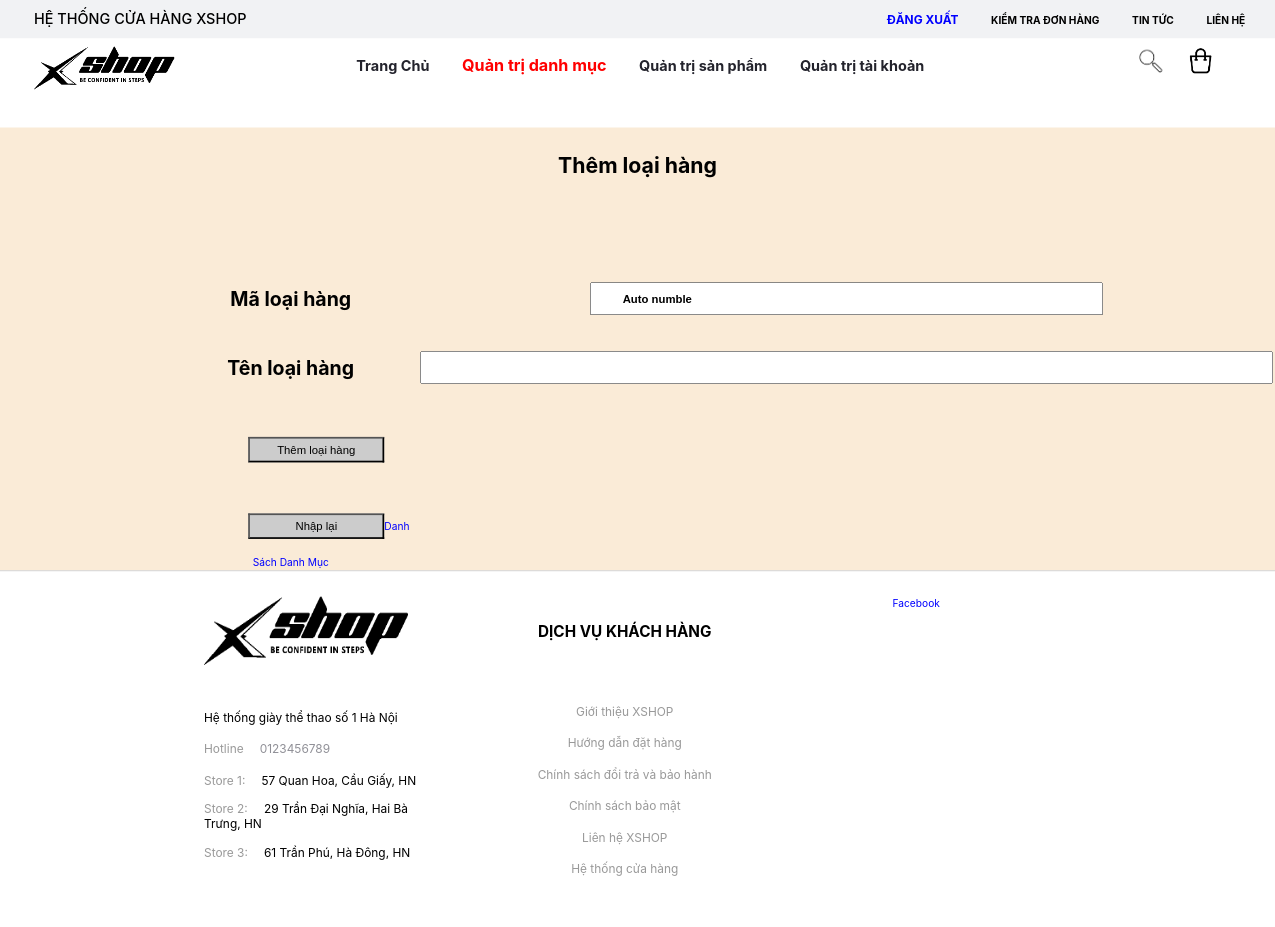
Repository: tienaq123/dam
Page: http://localhost/ass/ad/themdanhmuc.php
These files come from the project's save history. The page is drawn as it stood at one moment and after the next save; the edit follows.
The browser window is 1280 px wide. The page is 1500 px wide, so the pictures cover 1500 px, including what lies to the right of the window. The pictures show the whole page, at 85% of full size.
The page is run by PHP 8.4 with error messages shown; the project is at /var/www/html/.

Above is the page before, as saved 2021-10-21 03:44:41.

### ad/themdanhmuc.php
<!DOCTYPE html>
<html lang="en">

<head>
    <meta charset="UTF-8">
    <meta http-equiv="X-UA-Compatible" content="IE=edge">
    <meta name="viewport" content="width=device-width, initial-scale=1.0">
    <title>Document</title>
    <link rel="stylesheet" href="../css/themdm.css">
</head>
<style>
    .main {
        margin-left: 200px;
    }
</style>

<body>


    <div id="wapper">

        <div id="topbar">
            <a href="#">
                <h2> HỆ THỐNG CỬA HÀNG XSHOP</h2>
            </a>
            <ul>
                <li><a class="active" style="color:blue; font-size: 14px;" href="../logout.php">ĐĂNG XUẤT</a></li>
                <li><a href="product.php">KIỂM TRA ĐƠN HÀNG</a></li>
                <li><a href="product.php">TIN TỨC</a></li>
                <li><a href="product.php">LIÊN HỆ</a></li>
            </ul>
        </div>
        <header id="header">
            <div id="logo">
                <a href="http://localhost/ass/"> <img src="../img/logo.png" alt="Logo"></a>
            </div>
            <div class="menu">
                <ul>
                    <li><a href="../home.php">Trang Chủ</a></li>
                    <li><a href="quantridanhmuc.php" style="color: red; font-size: 19px;">Quản trị danh mục</a></li>
                    <li><a href="quantrisanpham.php">Quản trị sản phẩm</a></li>
                    <li><a href="quantritaikhoan.php">Quản trị tài khoản</a></li>
                    <div id="nav">
                        <a href="product.php"> <img src="../img/search.png" alt=""></a>
                        <a href="product.php"><img src="../img/giohang.png" alt=""></a>
                    </div>
                </ul>

            </div>

        </header>

        <!-- END HEADER -->

        <main>
            <h2 style="font-size: 25px; padding-top: 30px; margin-left: 0px; margin-bottom: 100px;">Thêm loại hàng</h2>
            <form action="" method="POST">
                <table class="main">
                    <tr>
                        <td>
                            <Span style="font-size: 23px; font-weight:bold;">Mã loại hàng </Span>
                        </td>
                        <td>
                            <input style="margin: 20px 0px 20px 10px;  width: 600px; height: 35px; font-weight:bold;" type="text" name="tendanhmuc" value="          Auto numble"> <br>
                        </td>
                    </tr>
                    </tr>
                    <tr>
                        <td>
                            <Span style="font-size: 23px; font-weight:bold;">Tên loại hàng </Span>
                        </td>
                        <td>
                            <input style="margin: 20px 0px 20px 10px;  width: 1000px; height: 35px; font-weight:bold;" type="text" name="tendanhmuc"> <br>
                        </td>
                    </tr>

                    <tr>
                        <td><input style="background-color: #ccc; width: 160px; height: 30px; margin:40px 0px 20px 90px; float: left;" type="submit" value="Thêm loại hàng" name="btn"><input style="background-color: #ccc; width: 160px; height: 30px; margin:40px 0px 20px 90px;" type="reset" value="Nhập lại" name="btn"><a href="quantridanhmuc.php">Danh Sách Danh Mục</a></td>


                    </tr>
                </table>
                <!-- <input style="margin: 20px 0px 20px 10px; " type="text" name="tendanhmuc"> <br>
                <input style="background-color: #ccc; width: 160px; height: 30px; margin:0px 0px 20px 90px;" type="submit" value="Thêm danh mục" name="btn"> -->
            </form>
            <?php
            include '../db.php';
            if (isset($_POST['btn'])) {
                $tendanhmuc = $_POST['tendanhmuc'];
                $sql = "insert into danhmuc values(null, '$tendanhmuc')";
                $kq = $conn->exec($sql);
                if ($kq == 1)
                    // echo "Thêm thành công danh mục!";
                    header("location:quantridanhmuc.php");
                else
                    echo "Không thêm được";
            }
            ?>
        </main>

        <!-- END MAIN -->

        <footer id="footer">
            <div id="logo_footer">
                <a href="#"><img src="../img/logo.png" alt=""></a>
                <p>Hệ thống giày thể thao số 1 Hà Nội</p>
                <p class="hotline"><span>Hotline</span> <a href="#">0123456789</a></p>
                <p><span>Store 1:</span> 57 Quan Hoa, Cầu Giấy, HN <br> <br> <span>Store 2:</span> 29 Trần Đại Nghĩa,
                    Hai Bà Trưng, HN <br> <br><span>Store 3:</span> 61
                    Trần Phú, Hà Đông, HN <br> <br> </p>
            </div>
            <div id="dichvu">
                <h2>DỊCH VỤ KHÁCH HÀNG</h2>
                <p><a href="#">Giới thiệu XSHOP</a> <br> </p>
                <p><a href="#">Hướng dẫn đặt hàng</a> <br> </p>
                <p><a href="#">Chính sách đổi trả và bảo hành</a> <br> </p>
                <p><a href="#">Chính sách bảo mật</a> <br> </p>
                <p><a href="#">Liên hệ XSHOP</a> <br> </p>
                <p><a href="#">Hệ thống cửa hàng</a></p>
            </div>

            <div id="facebook">
                <div id="fb-root"></div>
                <script async defer crossorigin="anonymous" src="https://connect.facebook.net/vi_VN/sdk.js#xfbml=1&version=v10.0&appId=256623368880552&autoLogAppEvents=1" nonce="aj8H3wq8"></script>
                <div class="fb-page" data-href="https://www.facebook.com/facebook" data-tabs="timeline" data-width="250" data-height="300" data-small-header="false" data-adapt-container-width="true" data-hide-cover="false" data-show-facepile="true">
                    <blockquote cite="https://www.facebook.com/facebook" class="fb-xfbml-parse-ignore"><a href="https://www.facebook.com/facebook">Facebook</a></blockquote>
                </div>
            </div>
        </footer>
    </div>
</body>

</html>

### db.php
<?php
    try {
        $conn=new PDO("mysql:host=localhost; dbname=dam;charset=utf8", "root", "");
    } catch (PDOException $e) {
        echo "Lỗi kết nối";
    }

### css/themdm.css
* {
    margin: 0;
    padding: 0;
}

body {
    font-family: -apple-system, BlinkMacSystemFont, 'Segoe UI', Roboto, Oxygen, Ubuntu, Cantarell, 'Open Sans', 'Helvetica Neue', sans-serif;
    font-size: 12px;
}

a {
    text-decoration: none;
    color: blue;
    list-style: none;
}

/* a:hover{
color: white;
} */

img {
    border: 0px;
}

header,
nav,
section,
aside,
article,
footer,
figure {
    display: block;
}

/* code page */

#wapper {
    width: 1500px;
    margin: auto;
    ;
    overflow: hidden;
}

#topbar {
    width: 1500px;
    height: 45px;
    background-color: #f1f2f4;
    float: left;
}

#topbar h2 {
    font-size: 17px;
    font-weight: 500;
    line-height: 45px;
    margin-left: 40px;
    color: #000;
    float: left;
}

#topbar ul {
    float: right;
}

#topbar ul li {
    display: inline-block;
    line-height: 45px;
    margin-right: 35px;
}

#topbar ul li a {
    color: #000;
    font-weight: bolder;
}

#topbar ul li a:hover {
    color: #775454;
}

#topbar ul li .active {
    color: cornflowerblue;
    font-size: 14px;
}

#header {
    width: 100%;
    height: 100px;
    background-color: #ffffff;
    padding: 10px 0 40px 0;
}

#header #logo img {
    float: left;
    width: 165px;
    height: 50px;
    color: #000;
    margin: 10px 0 0 40px;
}

#header .menu ul {
    text-align: center;
    margin-right: 50px;
    line-height: 66px;
}

#header .menu ul li {
    display: inline-block;
    margin-right: 35px;
}

#header .menu ul li a {
    font-size: 17px;
    font-weight: bold;
    color: #23232c;
}

#header .menu ul li a:hover {
    color: red;
}

#nav {
    float: right;
    line-height: 80px;
}

#nav img {
    width: 35px;
    height: 35px;
    margin-right: 20px;
}



main {
    text-align: center;
    min-height: 500px;
    background: antiquewhite;
}

.main{
    margin-left: 200px;
}



#footer {
    width: 1500px;
    border-top: 1px solid #ccc;
    display: grid;
    grid-template-columns: 1fr 1fr 1fr;
}

#footer #logo_footer {
    float: left;
}

#footer #logo_footer img {
    width: 240px;
    height: 80px;
    margin: 30px 0 30px 240px;
}

#footer #logo_footer a {
    color: #909097;
}

#footer #logo_footer span {
    color: #999999;
    margin-right: 15px;
}

#footer #logo_footer p {
    font-size: 14px;
    margin: 20px 0 20px 240px;
}

#footer #dichvu {
    text-align: center;
    margin: 60px 30px 40px 0;
}

#footer #dichvu h2 {
    margin-bottom: 75px;
}

#footer #dichvu p {
    margin-bottom: 20px;
}

#footer #dichvu p a {
    font-size: 14px;
    color: #999999;
}

#footer #facebook {
    margin: 30px 0 0 50px;
}

After the next save:
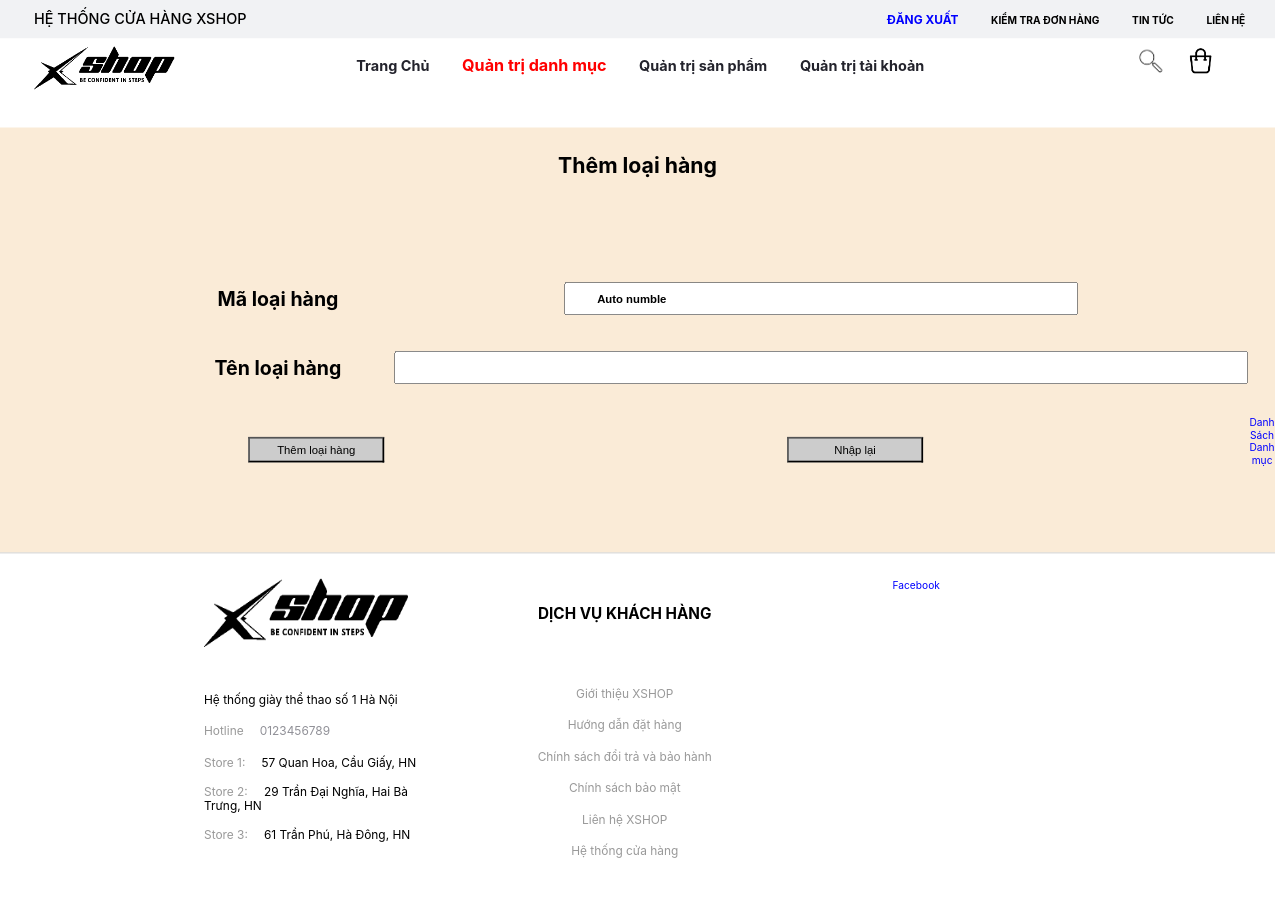
Saved 36 s later.
--- a/ad/themdanhmuc.php
+++ b/ad/themdanhmuc.php
@@ -75,9 +75,9 @@
                     </tr>
 
                     <tr>
-                        <td><input style="background-color: #ccc; width: 160px; height: 30px; margin:40px 0px 20px 90px; float: left;" type="submit" value="Thêm loại hàng" name="btn"><input style="background-color: #ccc; width: 160px; height: 30px; margin:40px 0px 20px 90px;" type="reset" value="Nhập lại" name="btn"><a href="quantridanhmuc.php">Danh Sách Danh Mục</a></td>
-
-
+                        <td><input style="background-color: #ccc; width: 160px; height: 30px; margin:40px 0px 20px 90px;" type="submit" value="Thêm loại hàng" name="btn"></td>
+                        <td><input style="background-color: #ccc; width: 160px; height: 30px; margin:40px 0px 20px 90px;" type="reset" value="Nhập lại" name="btn"></td>
+                        <td><a href="quantridanhmuc.php">Danh Sách Danh mục</a></td>
                     </tr>
                 </table>
                 <!-- <input style="margin: 20px 0px 20px 10px; " type="text" name="tendanhmuc"> <br>
